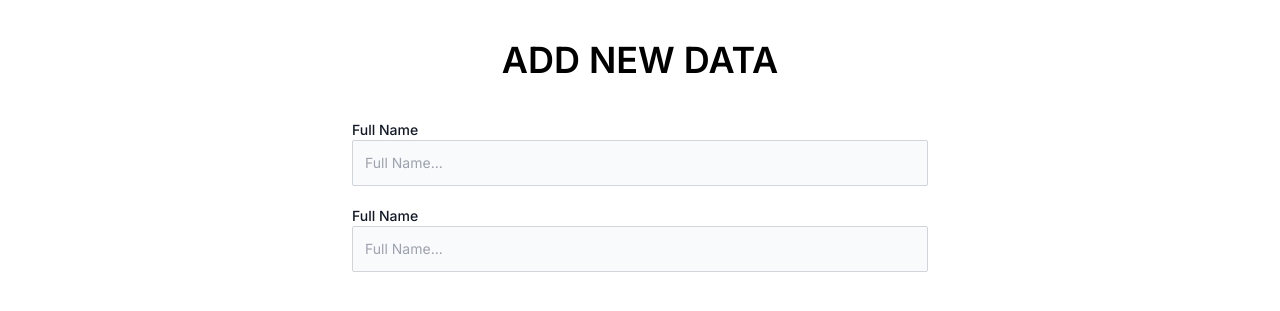
Repository: KilluaProject/crud-nextjs14
Page: /contacts/create
An editor plug-in stored every save of this project. The page is shown before and after the next save, followed by the edit.
The browser window is 1280 px wide. The pictures show the whole page.
The project was rebuilt for these pictures with package versions that can differ from the ones it lists, and the page was loaded fresh each time. The framework's server and built-in components were replaced by stand-ins that run in the browser. Also part of the build but not shown: next.config.mjs.

Above is the page before, as saved 2024-06-30 14:12:43.

After the next save:
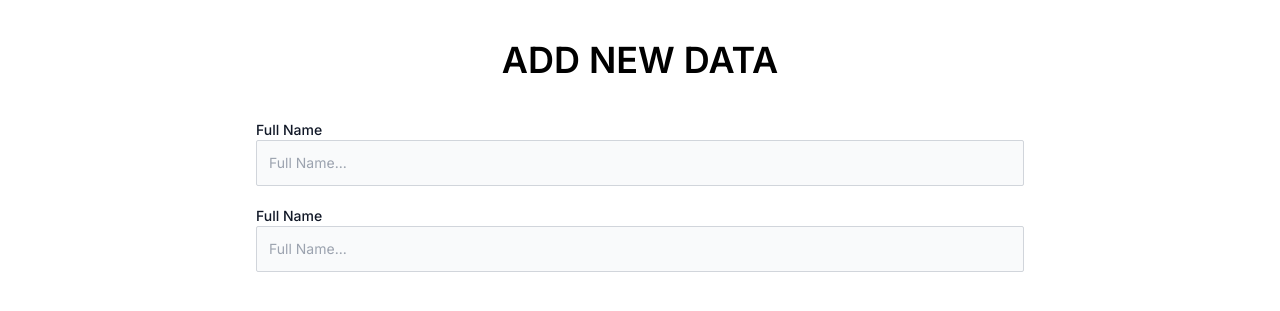
Saved 38 s later.
--- a/app/contacts/create/page.tsx
+++ b/app/contacts/create/page.tsx
@@ -3,7 +3,7 @@ import React from 'react'
 
 const CreateContact = () => {
   return (
-    <div className='max-w-xl m-auto my-10 flex flex-col gap-10 '>
+    <div className='max-w-screen-md m-auto my-10 flex flex-col gap-10 '>
       <h1 className='text-4xl text-center uppercase font-semibold'>
         Add New Data
       </h1>
